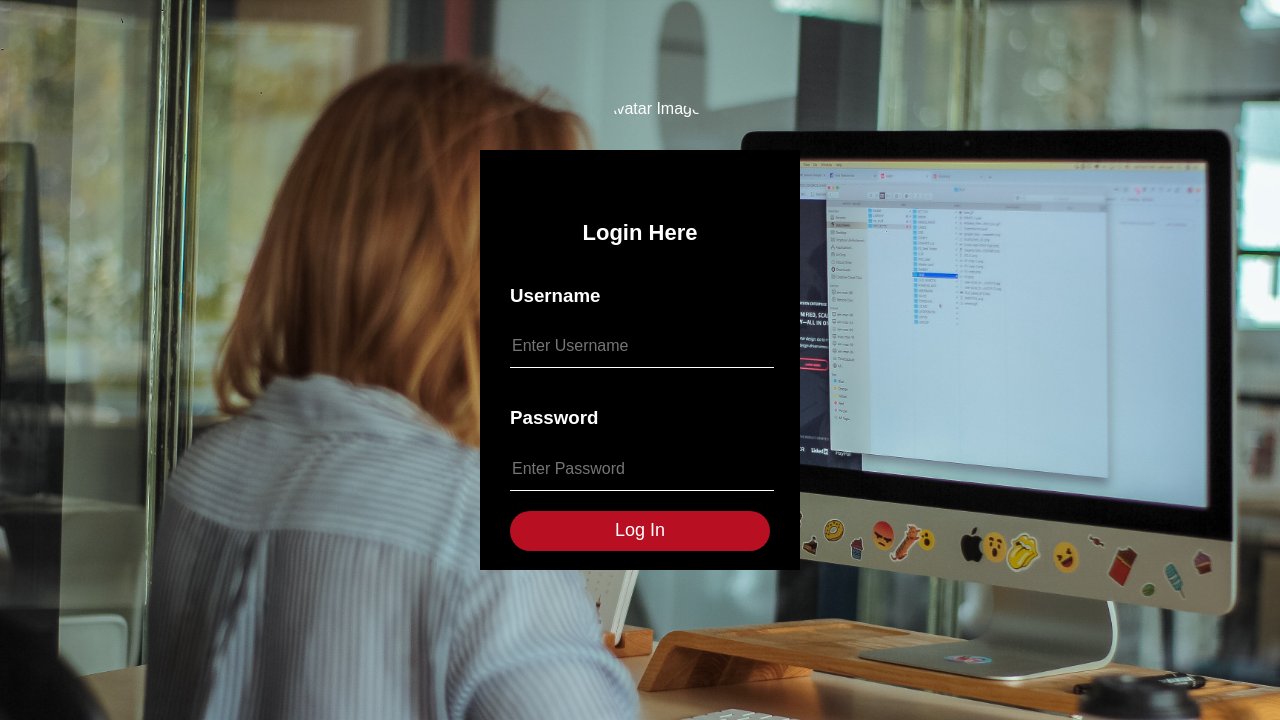
Repository: MyselfAman/Login_Page_Servlet
Page: http://localhost/Login_Page/login.jsp
The author's editor kept a copy of each file at every save. The page is drawn from the files as they stood at one save, then again after the next save.
The browser window is 1280 px wide. The pictures show the whole page.
The page is served by Tomcat 9. Other server files are loaded and not shown.

Above is the page before, as saved 2019-08-08 04:31:23.
Not found: Login_Page/images/logo1.png

### Login_Page/WebContent/login.jsp
<%@ page language="java" contentType="text/html; charset=ISO-8859-1"
    pageEncoding="ISO-8859-1"%>
<!DOCTYPE html>
<html>
<head>
<meta charset="ISO-8859-1">
<title>LearnToCode | Login</title>
 <link href="style.css" rel="stylesheet" type="text/css">
</head>
<body>
 <div class="login-box">
      <img src="../images/logo1.png" class="logo" alt="Avatar Image">
      <h1>Login Here</h1>
      <form action="login" >
        <!-- USERNAME INPUT -->
        <h3>Username</h3>
        <input type="text" placeholder="Enter Username" name="username">
        <!-- PASSWORD INPUT -->
        <h3 for="password">Password</h3>
        <input type="password" placeholder="Enter Password" name="password">
        <input type="submit" value="Log In">
      </form>
    </div>
</body>
</html>

### Login_Page/WebContent/style.css
@charset "ISO-8859-1";


body {
  margin: 0;
  padding: 0;
  background: url(../images/code.jpg) no-repeat center top;
  background-size: cover;
  font-family: sans-serif;
  height: 100vh;
}

.login-box {
  width: 320px;
  height: 420px;
  background: #000;
  color: #fff;
  top: 50%;
  left: 50%;
  position: absolute;
  transform: translate(-50%, -50%);
  box-sizing: border-box;
  padding: 70px 30px;
}

.login-box .logo {
  width: 130px;
  height: 100px;
  border-radius: 50%;
  position: absolute;
  top: -50px;
  left: calc(50% - 50px);
}

.login-box h1 {
  margin: 0;
  padding: 0 0 20px;
  text-align: center;
  font-size: 22px;
}

.login-box label {
  margin: 0;
  padding: 0;
  font-weight: bold;
  display: block;
}

.login-box input {
  width: 100%;
  margin-bottom: 20px;
}

.login-box input[type="text"], .login-box input[type="password"] {
  border: none;
  border-bottom: 1px solid #fff;
  background: transparent;
  outline: none;
  height: 40px;
  color: #fff;
  font-size: 16px;
}

.login-box input[type="submit"] {
  border: none;
  outline: none;
  height: 40px;
  background: #b80f22;
  color: #fff;
  font-size: 18px;
  border-radius: 20px;
}

.login-box input[type="submit"]:hover {
  cursor: pointer;
  background: #ffc107;
  color: #000;
}

.login-box a {
  text-decoration: none;
  font-size: 12px;
  line-height: 20px;
  color: darkgrey;
}

.login-box a:hover {
  color: #fff;
}

After the next save:
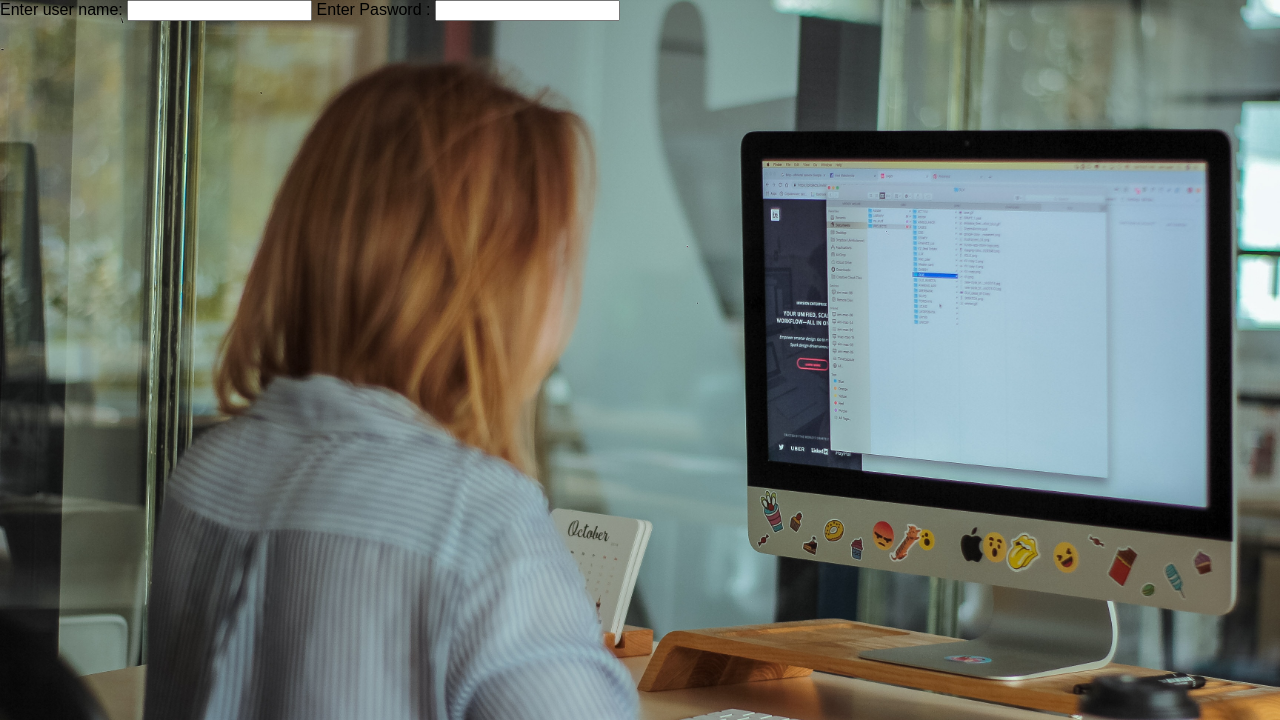
Saved 4 min 30 s later.
--- a/Login_Page/WebContent/login.jsp
+++ b/Login_Page/WebContent/login.jsp
@@ -8,18 +8,10 @@
  <link href="style.css" rel="stylesheet" type="text/css">
 </head>
 <body>
- <div class="login-box">
-      <img src="../images/logo1.png" class="logo" alt="Avatar Image">
-      <h1>Login Here</h1>
-      <form action="login" >
-        <!-- USERNAME INPUT -->
-        <h3>Username</h3>
-        <input type="text" placeholder="Enter Username" name="username">
-        <!-- PASSWORD INPUT -->
-        <h3 for="password">Password</h3>
-        <input type="password" placeholder="Enter Password" name="password">
-        <input type="submit" value="Log In">
-      </form>
-    </div>
+ <form action="login">
+ Enter user name: <input type="text" name="username">
+ Enter Pasword  : <input type="password" name="password">
+ <input type="submit" value="LOGIN>
+ </form>
 </body>
 </html>
